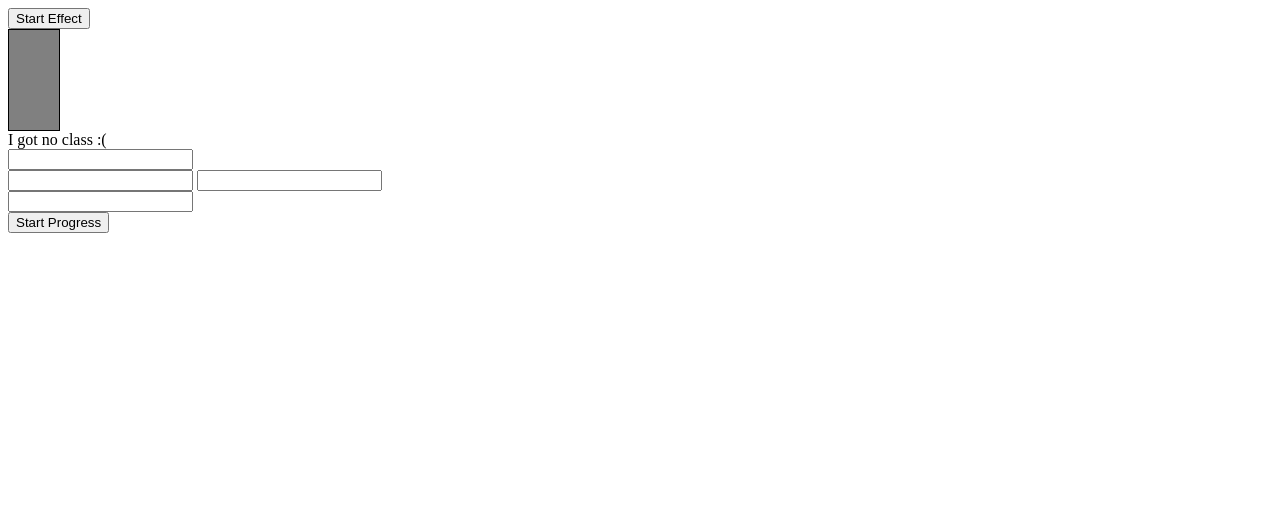
Repository: wojkos/Learn
Page: Vue/index7.html
The author's editor kept a copy of each file at every save. The page is drawn from the files as they stood at one save, then again after the next save.
The browser window is 1280 px wide. The pictures show the whole page.

Above is the page before, as saved 2018-04-10 23:23:46.

After the next save:
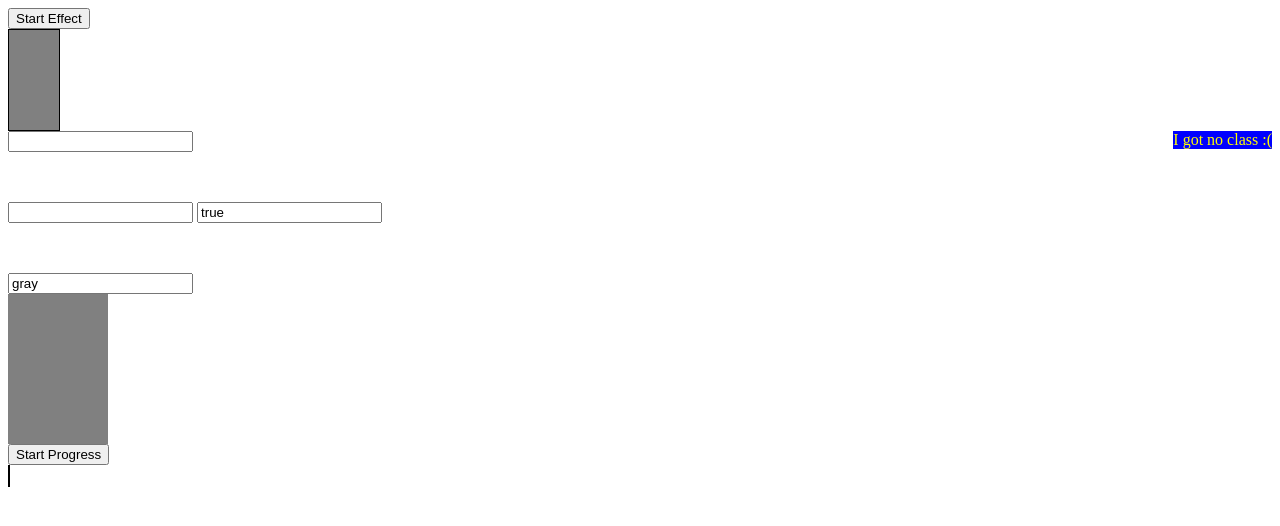
Saved 22 s later.
--- a/Vue/index7.html
+++ b/Vue/index7.html
@@ -56,27 +56,27 @@
             <div id="effect" v-bind:class="effectClasses"></div>
         </div>
         <!-- 2) Create a couple of CSS classes and attach them via the array syntax -->
-        <div>I got no class :(</div>
+        <div v-bind:class="[float, 'blue', 'text-color']">I got no class :(</div>
         <!-- 3) Let the user enter a class (create some example classes) and attach it -->
         <div>
-            <input type="text">
-            <div></div>
+            <input type="text" v-model="userClass">
+            <div v-bind:class="[{visible: true}, userClass]"></div>
         </div>
         <!-- 4) Let the user enter a class and enter true/ false for another class (create some example classes) and attach the classes -->
         <div>
-            <input type="text">
-            <input type="text">
-            <div></div>
+            <input type="text" v-model="userClass">
+            <input type="text" v-model="isVisible">
+            <div v-bind:class="[{visible: isVisible}, userClass]"></div>
         </div>
         <!-- 5) Repeat 3) but now with values for styles (instead of class names). Attach the respective styles.  -->
         <div>
-            <input type="text">
-            <div></div>
+            <input type="text" v-model="myStyle.backgroundColor">
+            <div v-bind:style="myStyle"></div>
         </div>
         <!-- 6) Create a simple progress bar with setInterval and style bindings. Start it by hitting the below button. -->
         <div>
             <button v-on:click="startProgress">Start Progress</button>
-            <div></div>
+            <div v-bind:class="['progress-bar']" v-bind:style="progressBar"></div>
         </div>
     </div>
 
